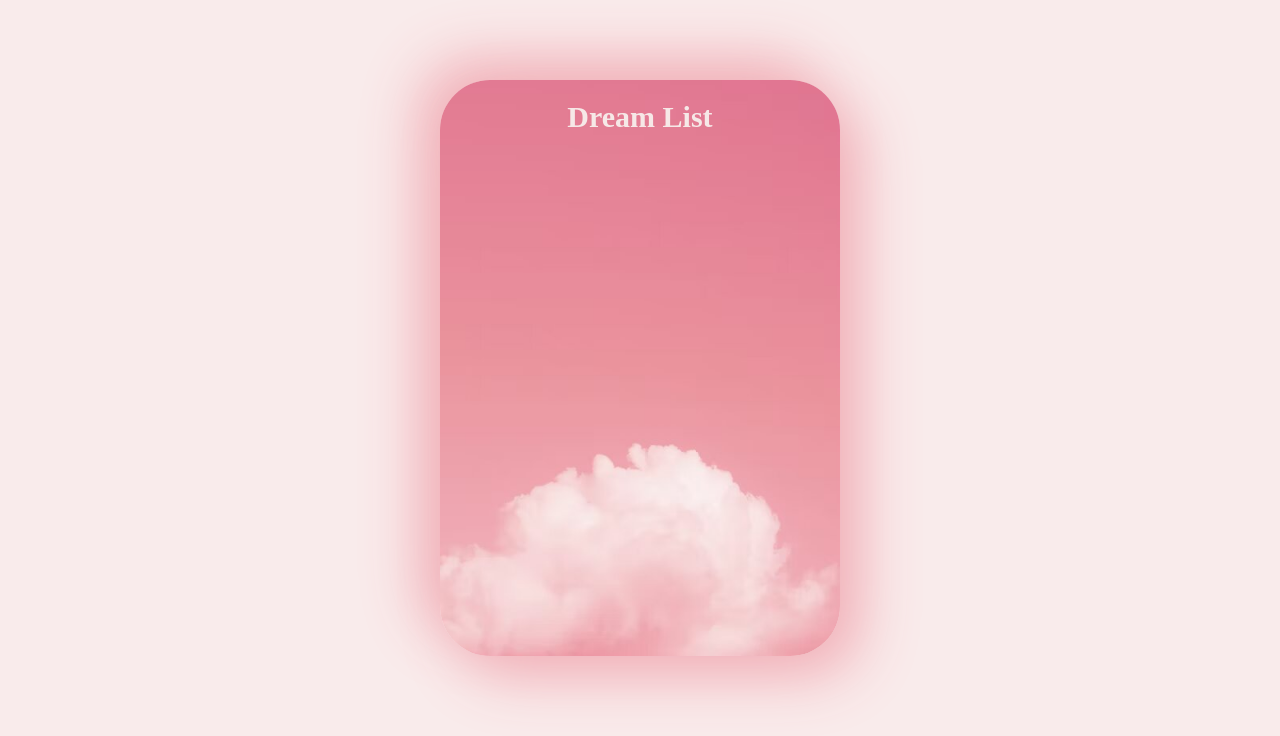
Repository: asya-aisa/grocery-list
Page: /
These files come from the project's save history. The page is drawn as it stood at one moment and after the next save; the edit follows.
The browser window is 1280 px wide. The pictures show the whole page.
The project was rebuilt for these pictures with package versions that can differ from the ones it lists, and the page was loaded fresh each time.

Above is the page before, as saved 2023-07-14 15:00:31.

After the next save:
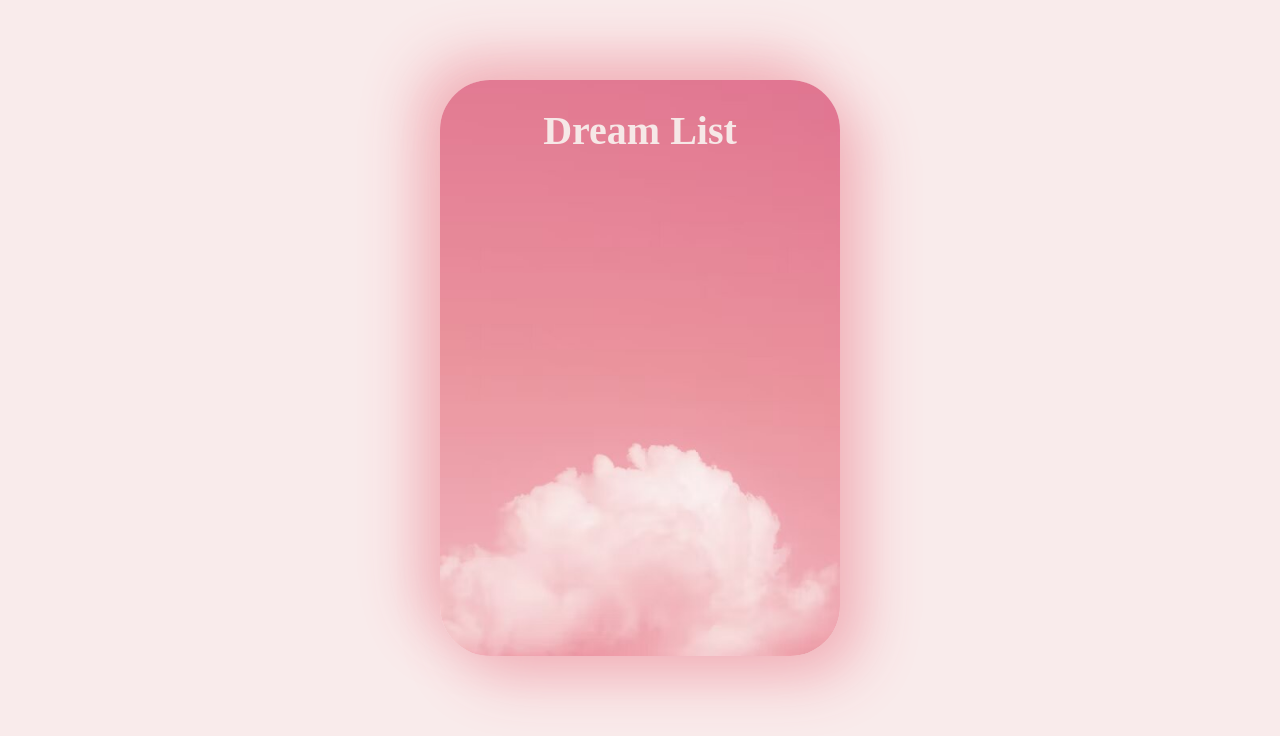
Saved 7 s later.
--- a/src/App.css
+++ b/src/App.css
@@ -19,5 +19,5 @@ body {
 }
 h1 {
   color:#f6e8e7;
-  font-size: 30px;
+  font-size: 40px;
 }
